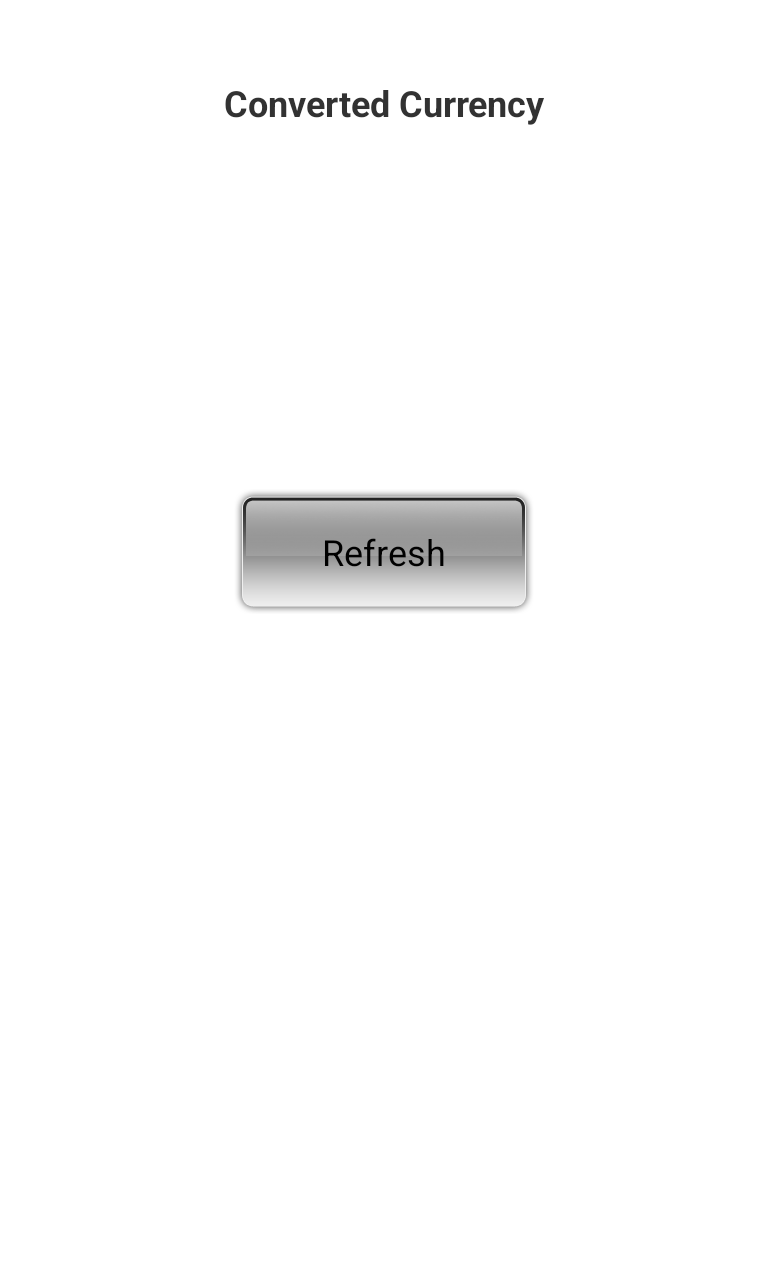
Repository: efreestone/MDF3_Freestone
Layout: ConvertIt/res/layout/activity_main.xml
The author's editor kept a copy of each file at every save. The layout is drawn from the files as they stood at one save, then again after the next save.
It is drawn on a 768 x 1280 px phone screen (xhdpi) without system bars, with theme AppTheme; the app's code is not run.

Above is the layout before, as saved 2014-07-11 01:35:30.

After the next save:
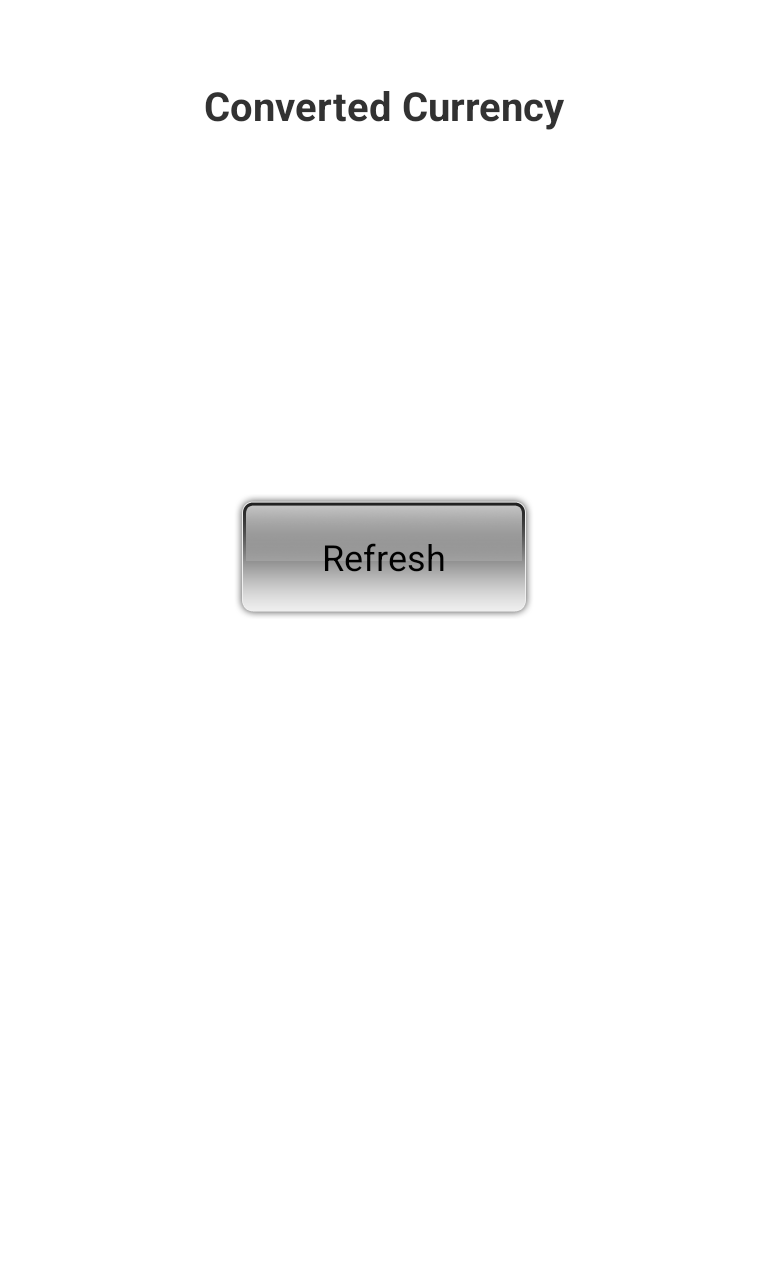
Saved 15 s later.
--- a/ConvertIt/res/layout/activity_main.xml
+++ b/ConvertIt/res/layout/activity_main.xml
@@ -20,7 +20,7 @@
         android:layout_height="wrap_content"
         android:gravity="center"
         android:textStyle="bold"
-        android:textSize="18dp"
+        android:textSize="20dp"
         android:layout_marginBottom="5dp"
         android:text="@string/convertedLabelString"/>
 
